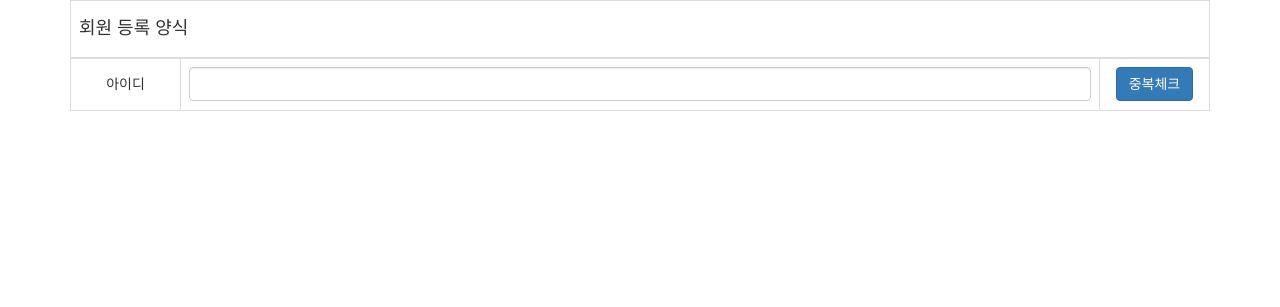
Repository: LJzero-dev/java-study
Page: http://localhost/test/
These files come from the project's save history. The page is drawn as it stood at one moment and after the next save; the edit follows.
The browser window is 1280 px wide. The pictures show the whole page.
The page is served by Tomcat 9. Other server files are loaded and not shown.

Above is the page before, as saved 2023-06-07 11:11:23.

### web/test/WebContent/index.jsp
<%@ page language="java" contentType="text/html; charset=UTF-8" pageEncoding="UTF-8"%>
<!DOCTYPE html PUBLIC "-//W3C//DTD HTML 4.01 Transitional//EN" "http://www.w3.org/TR/html4/loose.dtd">
<html>
<head>
	<meta http-equiv="Content-Type" content="text/html; charset=UTF-8">
	<meta name="viewport" content="width=device-width, initial-scale=1">
	<link rel="stylesheet" href="css/bootstrap.css">
	<link rel="stylesheet" href="css/custom.css">
<title>Insert title here</title>
<script src="https://code.jquery.com/jquery-3.7.0.min.js" integrity="sha256-2Pmvv0kuTBOenSvLm6bvfBSSHrUJ+3A7x6P5Ebd07/g=" crossorigin="anonymous"></script>
<script src="js/bootstrap.js"></script>
</head>
<body>
	<div class="container">
		<form method="post" action="./userRegister">
			<table class = "table table-bordered table-hover" style="text-align:center; border:1px solid #dddddd">
				<thead>
					<tr>
						<th colspan="3"><h4>회원 등록 양식</h4></th>
					</tr>
				</thead>
				<tbody>
					<tr>
						<td style="width: 110px;"><h5>아이디</h5></td>
						<td><input class="form-control" type="text" id="userID" name="userID" maxlength="20"></td>
						<td style="width: 110px;" ><button class="btn btn-primary" onclick="registerCheckFunction();" type="button">중복체크</button></td>
					</tr>
				</tbody>
			</table>
		</form>
	</div>
</body>
</html>

Loaded but not shown: web/test/WebContent/css/bootstrap.css (library); web/test/WebContent/css/custom.css (common file); web/test/WebContent/js/bootstrap.js (library)

After the next save:
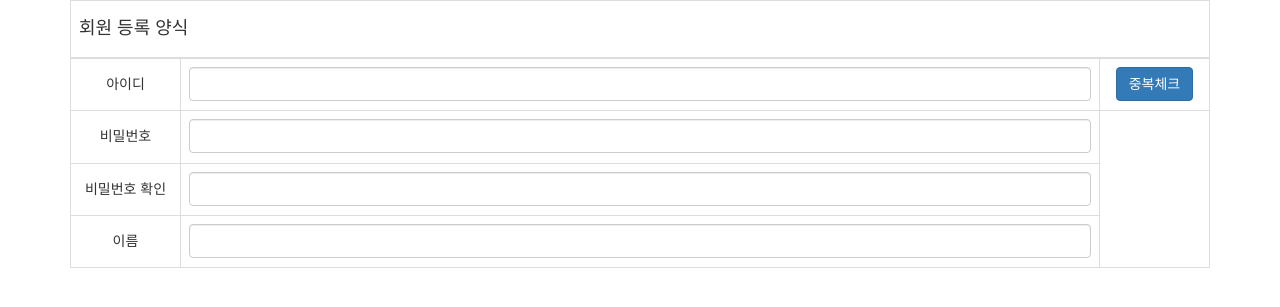
Saved 115 s later.
--- a/web/test/WebContent/index.jsp
+++ b/web/test/WebContent/index.jsp
@@ -25,6 +25,18 @@
 						<td><input class="form-control" type="text" id="userID" name="userID" maxlength="20"></td>
 						<td style="width: 110px;" ><button class="btn btn-primary" onclick="registerCheckFunction();" type="button">중복체크</button></td>
 					</tr>
+					<tr>
+						<td style="width: 110px;"><h5>비밀번호</h5></td>
+						<td><input class="form-control" type="password" id="userPassword1" name="userPassWord1" maxlength="20"></td>
+					</tr>
+					<tr>
+						<td style="width: 110px;"><h5>비밀번호 확인</h5></td>
+						<td><input class="form-control" type="password" id="userPassword2" name="userPassWord2" maxlength="20"></td>
+					</tr>
+					<tr>
+						<td style="width: 110px;"><h5>이름</h5></td>
+						<td><input class="form-control" type="text" id="userName" name="userName" maxlength="20"></td>
+					</tr>
 				</tbody>
 			</table>
 		</form>
